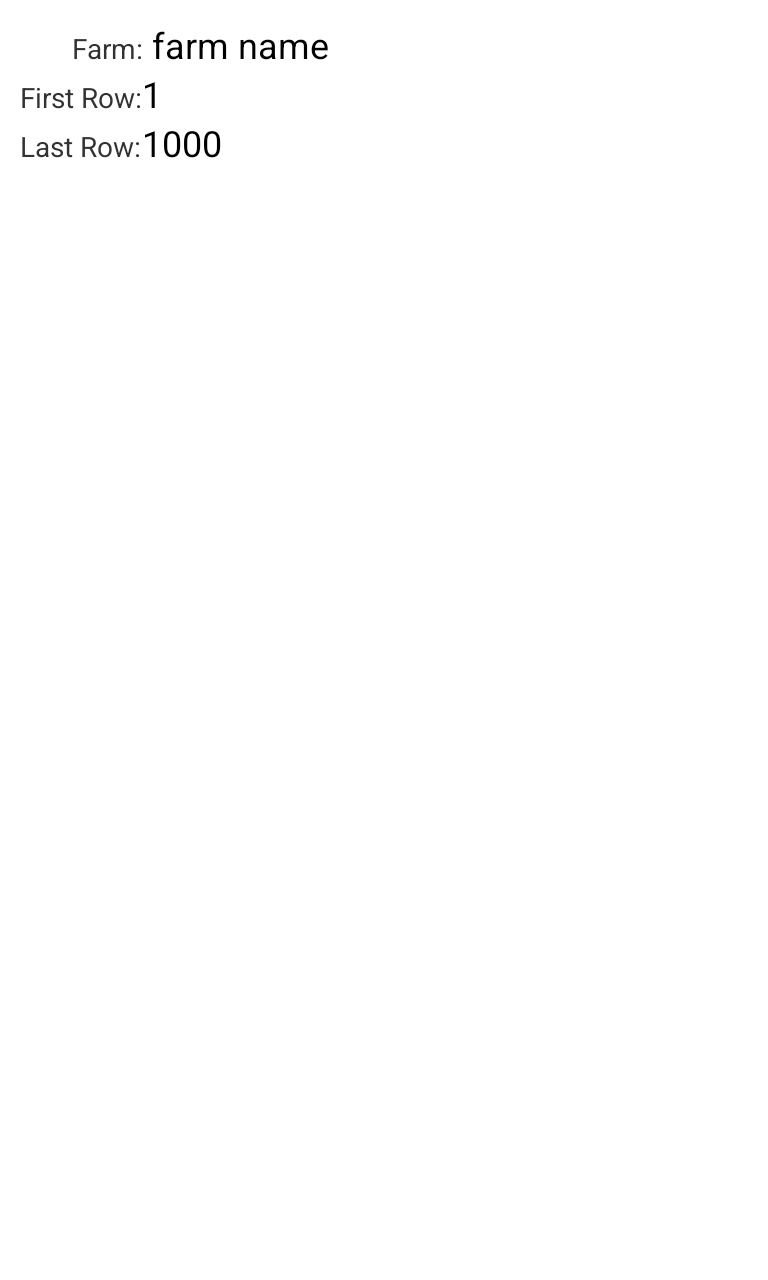
Repository: cokembel/FarmHand
Layout: FarmHand/res/layout/view_farm.xml
These files come from the project's save history. The layout is drawn as it stood at one moment and after the next save; the edit follows.
It is drawn on a 768 x 1280 px phone screen (xhdpi) without system bars, with theme AppTheme; the app's code is not run.

Above is the layout before, as saved 2012-12-10 21:15:16.

After the next save:
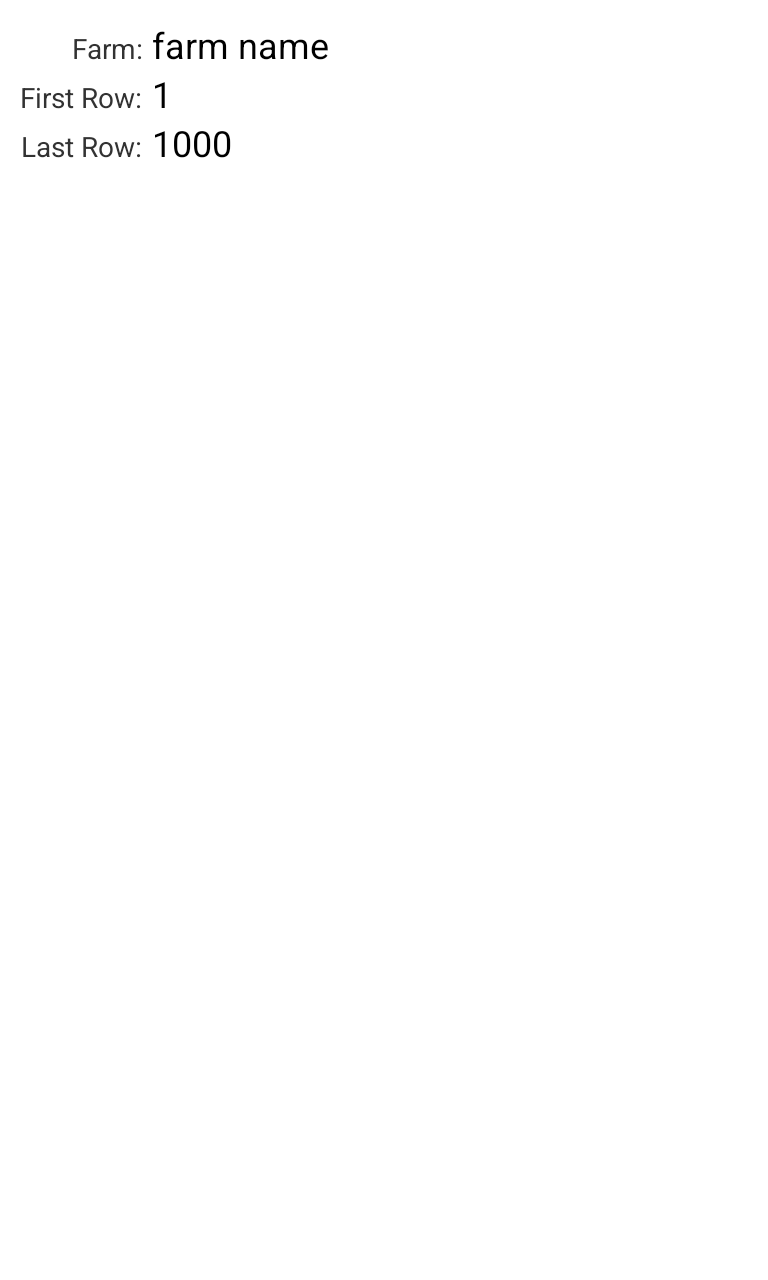
Saved 52 s later.
--- a/FarmHand/res/layout/view_farm.xml
+++ b/FarmHand/res/layout/view_farm.xml
@@ -34,10 +34,12 @@
 	                android:id="@+id/first_row"
 	                android:layout_width="wrap_content"
 	                android:layout_height="wrap_content"
+	                android:gravity="right"
 	                android:text="First Row:" />
 
 	            <TextView
 	                android:id="@+id/first_row_number"
+   	                android:paddingLeft="5dp"
 	                android:layout_width="wrap_content"
 	                android:layout_height="wrap_content"
 	                android:text="1"
@@ -54,10 +56,12 @@
 	                android:id="@+id/last_row"
 	                android:layout_width="wrap_content"
 	                android:layout_height="wrap_content"
+	                android:gravity="right"
 	                android:text="Last Row:" />
 
 	            <TextView
 	                android:id="@+id/last_row_number"
+     	            android:paddingLeft="5dp"
 	                android:layout_width="wrap_content"
 	                android:layout_height="wrap_content"
 	                android:text="1000"
